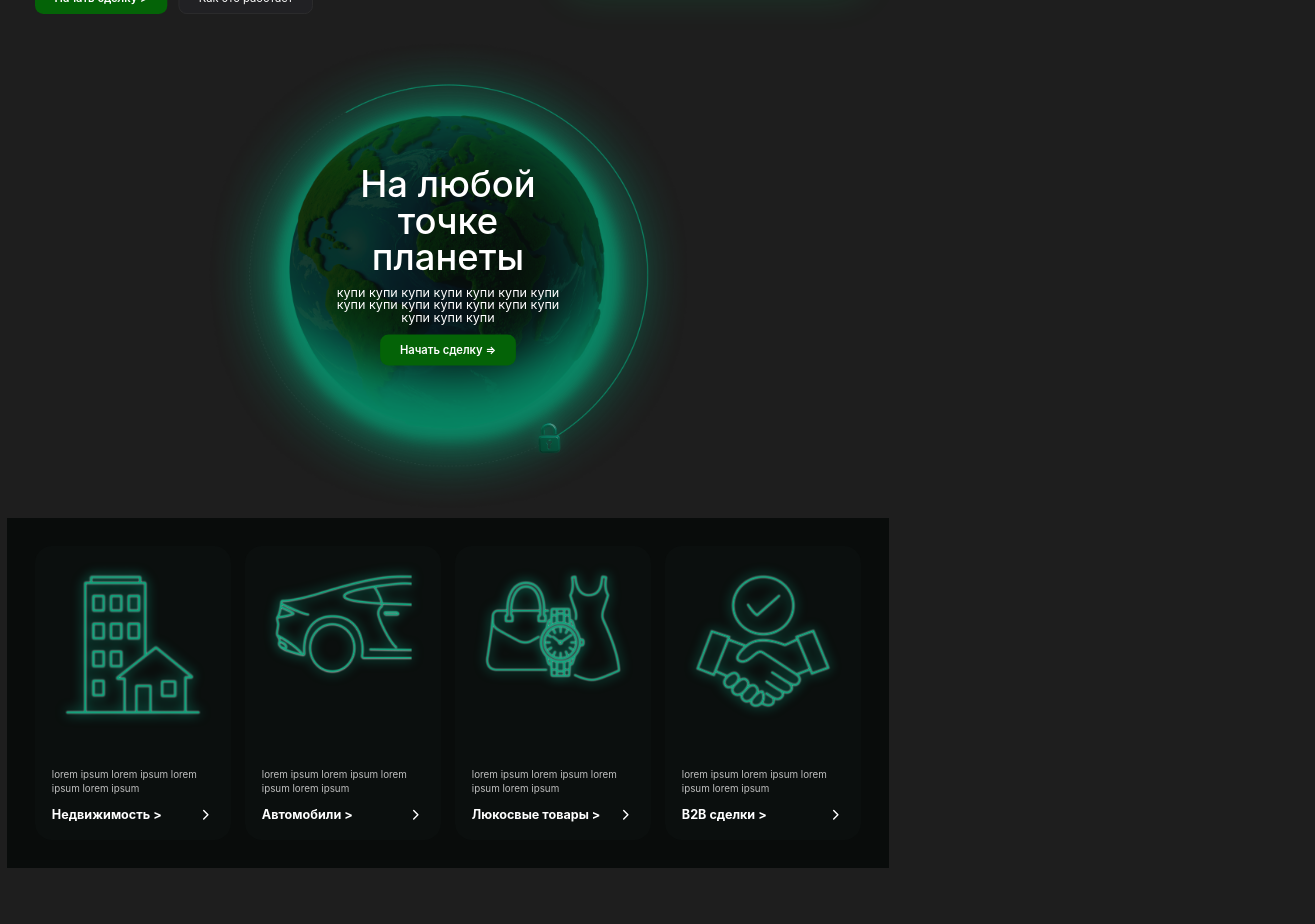
Repository: 1mpuryyyyy/x-port
Page: /x-port/
These files come from the project's save history. The page is drawn as it stood at one moment and after the next save; the edit follows.
The browser window is 1280 px wide. The page is 1879 px wide, so the pictures cover 1879 px, including what lies to the right of the window. The pictures show the part of the page from y = 2590 to 3910 px (the page is 3910 px tall), at 70% of full size.
The project was rebuilt for these pictures with package versions that can differ from the ones it lists, and the page was loaded fresh each time. Also part of the build but not shown: vite.config.js.

Above is the page before, as saved 2025-10-09 03:17:41.

### index.html
<!doctype html>
<html lang="en">

<head>
    <meta charset="UTF-8" />
    <link rel="icon" type="image/svg+xml" href="/logo.svg" />
    <meta name="viewport" content="width=device-width, initial-scale=1.0" />
    <title>XPORT</title>
</head>

<body>
    <div id="root"></div>
    <script type="module" src="/src/main.jsx"></script>
</body>

</html>

### src/index.css
:root {
    --display: #1E1E1E;
    --grey: #212124;
    --green: #046307;
    --bg-card: #303430;
    --gold: #D79A19;
    --blue: #1735B1;
    --emerald: #00C36D;
    --light-green: #0AFF9D;
    --white: #ffff;
    --transparent: rgba(255, 255, 255, 0.15);
    --light-grey: #404040;
}

* {
    margin: 0;
    padding: 0;
    box-sizing: border-box;
    text-decoration: none;
    border: none;
    font-size: 100%;
    font: inherit;
    font-family: "Helvetica Neue", Helvetica, Arial, sans-serif;
    color: var(--white)
}

::-webkit-scrollbar {
    width: 8px;
}

::-webkit-scrollbar-track {
    background: transparent;
}

::-webkit-scrollbar-thumb {
    background-color: var(--transparent);
    backdrop-filter: blur(10px) saturate(180%);
    -webkit-backdrop-filter: blur(10px) saturate(180%);
    border-radius: 6px;
    border: 1px solid rgba(255, 255, 255, 0.1);
}

::-webkit-scrollbar-thumb:hover {
    background-color: rgba(255, 255, 255, 0.1);
    backdrop-filter: blur(12px) saturate(200%);
    -webkit-backdrop-filter: blur(12px) saturate(200%);
}

ol,
ul {
    list-style: none;
}

blockquote,
q {
    quotes: none;
}

table {
    border-collapse: collapse;
    border-spacing: 0;
}

button {
    border: none;
    cursor: pointer;
    border-radius: 20px;
    background-color: var(--grey);
    border: 1px solid;
    border-color: var(--light-grey);
    padding: 14px 28px;
    color: white;
    font-weight: 300;
    display: flex;
    align-items: center;
    justify-content: center;
    transition: 0.3s ease;
}

body {
    background-color: var(--display);
    min-height: 100vh;
    line-height: 1;
}

### src/App.jsx
import { Provider } from "react-redux";
import { RouterProvider, createBrowserRouter } from "react-router-dom";
import "./App.css";
import { MainPage } from "./components/MainPage/MainPage.jsx";
import Layout from "./components/Layout.jsx";

const router = createBrowserRouter(
    [
        {
            path: "/",
            element: <Layout />,
            children: [
                {
                    path: "",
                    element: <MainPage />,
                },
            ],
        },
    ],
    {
        basename: '/x-port',
    }
);


function App() {
    return (
        <>
            {/* <Provider store={store}> */}
            <RouterProvider router={router}></RouterProvider>
            {/* </Provider> */}
        </>
    );
}

export default App;

### src/App.css
:root {
    --display: #1E1E1E;
    --green: #046307;
    --bg-card: #303430;
    --gold: #D79A19;
    --blue: #1735B1;
    --emerald: #00C36D;
    --light-green: #0AFF9D;
    --white: #ffff;
}

* {
    display: block;
    margin: 0;
    padding: 0;
    box-sizing: border-box;
    text-decoration: none;
    border: none;
    font-size: 100%;
    font: inherit;
}

body {
    line-height: 1;
}

ol,
ul {
    list-style: none;
}

blockquote,
q {
    quotes: none;
}

blockquote:before,
blockquote:after,
q:before,
q:after {
    content: '';
    content: none;
}

table {
    border-collapse: collapse;
    border-spacing: 0;
}

### src/components/MainPage/MainPage.jsx
import style from './MainPage.module.css';
import planet from "../../assets/planet.png";
import house from "../../assets/house.png";
import car from "../../assets/car.png";
import CardItem from "../CardItem/CardItem";
import lux from "../../assets/lux.png";
import b2b from "../../assets/b2b.png";

export const MainPage = () => {
    return (
        <section>
            <div className={style.header}>
                <div className={style.header__left}>
                    <div className={style.header__left__benchmark}>
                        <span>🔒 SSL-защита</span>
                        <span>·</span>
                        <span>Юридическая оферта</span>
                        <span>·</span>
                        <span>5+ лет опыта</span>
                    </div>

                    <h1 className={style.header__left__title}>Ваши сделки под защитой. <span>Гарант</span>, которому доверяют</h1>
                    <p className={style.header__left__description}>XPORT Escrow фиксирует средства и переведёт их продавцу только после вашего подтверждения получения товара или услуги. Подходит для авто, криптовалют и предметов люкса</p>
                    <div className={style.header__left__buttons}>
                        <button className={style.greenButton}>Начать сделку {">"} </button>
                        <button>Как это работает </button>
                    </div>
                </div>
                <div className={style.header__right}>
                    <div className={style.digits}>
                        <div className={style.digits__item}>
                            <p className={style.digits__item__title}>Проведено сделок</p>
                            <h1>1 250+</h1>
                        </div>
                        <div className={style.digits__item}>
                            <p className={style.digits__item__title}>Средний чек</p>
                            <h1>$18 400</h1>
                        </div>
                        <div className={style.digits__item}>
                            <p className={style.digits__item__title}>Споры решены</p>
                            <h1>100%</h1>
                        </div>
                        <div className={style.digits__item}>
                            <p className={style.digits__item__title}>Поддержка</p>
                            <h1>24/7</h1>
                        </div>
                    </div>
                    <div className={style.calculator}>
                        <h1>Быстрый старт сделки</h1>
                        <div className={style.calculator__inputs}>
                            <div className={style.calculator__input}>
                                <label htmlFor="amount">Сумма сделки</label>
                                <input type="text" id="amount" placeholder="25 000 $" />
                            </div>
                            <div className={style.calculator__input}>
                                <label htmlFor="direction">Направление</label>
                                <input type="text" id="direction" placeholder="Недвижимость" />
                            </div>
                        </div>
                        <div>
                            <button>Рассчитать комиссию</button>
                        </div>
                    </div>
                </div>
            </div>
            <div className={style.planet}>
                <img
                    src={planet}
                    alt="planet background"
                    className={style.planet__bg}
                />
                <div className={style.planet__container}>
                    <h1>На любой точке планеты</h1>
                    <p>купи купи купи купи купи купи купи купи купи купи купи купи купи купи купи купи купи</p>
                    <div>
                        <button className={style.greenButton}>Начать сделку ={">"}</button>
                    </div>
                </div>
            </div>
            <div style={{ display: "flex", gap: "20px", background: "#090C0B", padding: "40px" }}>
                <CardItem
                    imageUrl={house}
                    title="Недвижимость >"
                    description="lorem ipsum lorem ipsum lorem ipsum lorem ipsum"
                    link="#"
                />
                <CardItem
                    imageUrl={car}
                    title="Автомобили >"
                    description="lorem ipsum lorem ipsum lorem ipsum lorem ipsum"
                    link="#"
                />
                <CardItem
                    imageUrl={lux}
                    title="Люкосвые товары >"
                    description="lorem ipsum lorem ipsum lorem ipsum lorem ipsum"
                    link="#"
                />
                <CardItem
                    imageUrl={b2b}
                    title="B2B сделки >"
                    description="lorem ipsum lorem ipsum lorem ipsum lorem ipsum"
                    link="#"
                />
            </div>

        </section>
    );
}

### src/components/Layout.jsx
// import { useSelector } from "react-redux";
import { Navigate, Outlet } from "react-router-dom";
import Navbar from "./Navbar/Navbar.jsx";;

export default function Layout() {
    // const isAuthenticated = useSelector(state => state.auth.isAuthenticated);
    return (
        <div>
            {/* {!isAuthenticated && <Navigate to={"/"} />} */}
            <Navbar />
            <Outlet />
        </div>
    );
}

### src/components/MainPage/MainPage.module.css
section {
    color: #ffffff;
    padding: 80px 50px;
    min-height: 100vh;
    display: flex;
    align-items: center;
    justify-content: center;
    font-family: 'Inter', sans-serif;
    flex-direction: column;
}

/* Общий контейнер */
.header {
    display: flex;
    justify-content: space-between;
    align-items: flex-start;
    gap: 80px;
    width: 100%;
    max-width: 1400px;
}

/* Левая часть */
.header__left {
    flex: 1;
    display: flex;
    flex-direction: column;
    gap: 30px;
}

.header__left__benchmark {
    background-color: #303430;
    border: 1px solid #046307;
    color: #0AFF9D;
    border-radius: 999px;
    display: inline-flex;
    align-items: center;
    gap: 8px;
    padding: 8px 16px;
    font-size: 14px;
    font-weight: 500;
    width: fit-content;
}

.header__left__benchmark span {
    color: #0AFF9D;
}

.header__left__title {
    font-size: 52px;
    font-weight: 700;
    line-height: 1.2;
    max-width: 640px;
}

.header__left__title span {
    color: #18ff90;
}

.header__left__description {
    font-size: 18px;
    color: #c8c8c8;
    max-width: 640px;
    line-height: 1.6;
}

.header__left__buttons {
    display: flex;
    gap: 16px;
    margin-top: 12px;
}

.greenButton {
    background-color: var(--green);
    color: var(--white);
    font-weight: 600;
    padding: 14px 28px;
    border: none;
    border-radius: 12px;
    cursor: pointer;
    transition: all 0.3s ease;
}

.greenButton:hover {
    background-color: var(--emerald);
    color: var(--black);
}

.header__left__buttons button:last-child {
    background-color: var(--grey);
    color: #fff;
    font-weight: 400;
    border: 1px solid #333;
    padding: 14px 28px;
    border-radius: 12px;
    cursor: pointer;
    transition: all 0.3s ease;
}

.header__left__buttons button:last-child:hover {
    background-color: #22222200;
}

/* Правая часть */
.header__right {
    flex: 1;
    background: linear-gradient(145deg, #111 0%, #0b0b0b 100%);

    padding: 32px;
    border-radius: 20px;
    display: flex;
    flex-direction: column;
    gap: 24px;
    box-shadow: 0 0 60px rgba(0, 255, 130, 0.15);
    max-width: 420px;
}

/* Цифры */
.digits {
    display: grid;
    grid-template-columns: 1fr 1fr;
    gap: 16px;
}

.digits__item {
    background-color: #1a1a1a;
    border-radius: 12px;
    padding: 16px 20px;
    text-align: left;
}

.digits__item__title {
    font-size: 14px;
    color: #a0a0a0;
    margin-bottom: 8px;
}

.digits__item h1 {
    font-size: 24px;
    font-weight: 700;
}

/* Калькулятор */
.calculator {
    background-color: #1a1a1a;
    border-radius: 16px;
    padding: 20px;
    display: flex;
    flex-direction: column;
    gap: 16px;
}

.calculator__inputs {
    display: flex;
    gap: 10px;
}

.calculator h1 {
    font-size: 20px;
    font-weight: 600;
    margin-bottom: 8px;
}

.calculator label {
    font-size: 13px;
    color: var(--white);
    margin-bottom: 4px;
    font-weight: 300;
}

.calculator__input {
    gap: 5px;
    display: flex;
    flex-direction: column;
}

.calculator input {
    background-color: transparent;
    border: 1px solid #2a2a2a;
    border-radius: 10px;
    color: var(--white);
    padding: 14px 18px;
    font-size: 13px;
    width: 100%;
    margin-bottom: 12px;
    outline: none;
}

.calculator input::placeholder {
    color: #404040;
}

.calculator button {
    background-color: var(--green);
    color: var(--white);
    font-weight: 600;
    padding: 14px;
    border: none;
    border-radius: 10px;
    cursor: pointer;
    transition: all 0.5s ease;
}

.calculator button:hover {
    background-color: var(--emerald);
    color: black;
}

@keyframes fadeUp {
    from {
        opacity: 0;
        transform: translateY(30px);
    }

    to {
        opacity: 1;
        transform: translateY(0);
    }
}

.header__left,
.header__right {
    opacity: 0;
    animation: fadeUp 0.8s ease forwards;
}

.header__right {
    animation-delay: 0.2s;
}

.planet {
    position: relative;
    min-height: 100vh;
    width: 100%;
    display: flex;
    justify-content: center;
    align-items: center;
    overflow: hidden;
}

.planet__bg {
    position: absolute;
    top: 0;
    left: 0;
    width: 100%;
    height: 100%;
    object-fit: contain;
    z-index: 0;
    opacity: 0.8;
}

.planet__container {
    position: relative;
    z-index: 2;
    text-align: center;
    color: white;
    width: 30%;
    display: flex;
    justify-content: center;
    flex-direction: column;
    gap: 15px;
}

.planet__container h1 {
    font-size: 52px;
    text-align: center;
    font-weight: 500;
}

.planet__container p {
    font-size: 18px;
    text-align: center;
    font-weight: 400;
}

.planet__container div {
    display: flex;
    justify-content: center;
}

### src/components/CardItem/CardItem.jsx
import styles from "./CardItem.module.css";
import { FiChevronRight } from "react-icons/fi";

const CardItem = ({ imageUrl, title, description, link }) => {
    return (
        <div className={styles.card}>
            <img src={imageUrl} alt={title} className={styles.cardImage} />
            <p className={styles.cardDescription}>{description}</p>
            <a href={link} className={styles.cardTitleWrapper}>
                <span className={styles.cardTitle}>{title}</span>
                <FiChevronRight className={styles.cardArrow} />
            </a>
        </div>
    );
};

export default CardItem;

### src/components/Navbar/Navbar.jsx
import { Link } from 'react-router-dom'
import style from './Navbar.module.css'
import logo from '../../assets/logo.svg'

export default function Navbar() {
    return (
        <nav className={style["navbar"]} id='navbar'>
            <div className={style.navbar__section}>
                <Link to="/" className={style.navbar__logo}>
                    <img src={logo} alt="Логотип" title='XPORT' />
                </Link>
                <p className={style.logo__title}>
                    XPORT
                </p>
            </div>
            <div className={`${style.navbar__section} ${style.main}`}>
                <Link to="/">
                    <p>О нас</p>
                </Link>
                <Link to="/">
                    <p>Направления</p>
                </Link>
                <Link to="/">
                    <p>Как это работает</p>
                </Link>
                <Link to="/">
                    <p>Кенты</p>
                </Link>
                <Link to="/">
                    <p>Контакты</p>
                </Link>
            </div>
            <div className={style.navbar__section}>
                <Link>
                    <button>Войти</button>
                </Link>
                <Link>
                    <button className={style.deal}>Начать сделку =)</button>
                </Link>
            </div>
        </nav >);
};

### src/components/CardItem/CardItem.module.css
.card {
    background-color: #0b0f0e;
    /* глубокий тёмный */
    border-radius: 24px;
    padding: 24px;
    width: 280px;
    height: 420px;
    display: flex;
    flex-direction: column;
    justify-content: flex-end;
    position: relative;
    overflow: hidden;
    transition: transform 0.3s ease, box-shadow 0.3s ease;
}

.card:hover {
    transform: translateY(-6px);
    box-shadow: 0 0 20px rgba(0, 255, 200, 0.2);
}

/* Иконка / картинка */
.cardImage {
    position: absolute;
    top: 40px;
    left: 50%;
    transform: translateX(-50%);
    width: 70%;
    height: auto;
    object-fit: contain;
    filter: drop-shadow(0 0 8px rgba(0, 255, 200, 0.6));
    pointer-events: none;
}

/* Описание */
.cardDescription {
    color: #bfbfbf;
    font-size: 14px;
    line-height: 1.4;
    margin-bottom: 16px;
    z-index: 2;
}

/* Заголовок с ссылкой */
.cardTitleWrapper {
    display: flex;
    align-items: center;
    justify-content: space-between;
    text-decoration: none;
    color: white;
    font-weight: 700;
    font-size: 18px;
    z-index: 2;
    transition: color 0.3s ease;
}

.cardTitleWrapper:hover {
    color: #00ffc3;
}

.cardArrow {
    font-size: 24px;
    transition: transform 0.3s ease;
}

.cardTitleWrapper:hover .cardArrow {
    transform: translateX(4px);
}

### src/components/Navbar/Navbar.module.css
.navbar {
    display: flex;
    position: inherit;
    width: 100%;
    height: fit-content;
    padding: 30px;
    justify-content: space-around;
}

.navbar__section {
    display: flex;
    gap: 10px;
    align-items: center;
}

.navbar__section.main {
    gap: 20px;
}

.deal {
    background-color: var(--green);
    font-weight: 400;
    backdrop-filter: blur(15px) saturate(180%);
    -webkit-backdrop-filter: blur(15px) saturate(180%);
    border: 1px solid rgba(255, 255, 255, 0.3);
    border-radius: 16px;
    padding: 16px 32px;
    color: white;
    font-size: 18px;
    font-weight: 500;
    position: relative;
    overflow: hidden;
    transition: all 0.3s ease;
    box-shadow:
        0 4px 6px -1px rgba(0, 0, 0, 0.1),
        0 2px 4px -1px rgba(0, 0, 0, 0.06),
        inset 0 1px 0 rgba(255, 255, 255, 0.1),
        inset 0 -1px 0 rgba(0, 0, 0, 0.1);
}

.deal::before {
    content: '';
    position: absolute;
    top: 0;
    left: -100%;
    width: 100%;
    height: 100%;
    background: linear-gradient(90deg,
            transparent,
            rgba(255, 255, 255, 0.1),
            transparent);
    transition: left 0.5s ease;
}

.deal:hover::before {
    left: 100%;
}

.deal:hover {
    border-color: rgba(255, 255, 255, 0.4);
    box-shadow:
        0 8px 15px -3px rgba(0, 0, 0, 0.2),
        0 4px 6px -2px rgba(0, 0, 0, 0.1),
        inset 0 1px 0 rgba(255, 255, 255, 0.2),
        inset 0 -1px 0 rgba(0, 0, 0, 0.1);
}

.navbar__logo {
    padding: 10px;
    position: relative;
    z-index: 1;
}

.navbar__logo::before {
    content: '';
    position: absolute;
    top: 50%;
    left: 50%;
    transform: translate(-50%, -50%);
    width: 130%;
    height: 130%;
    background: radial-gradient(circle at center,
            #06A177 0%,
            transparent 70%);
    border-radius: 50%;
    z-index: -1;
    filter: blur(10px);
    opacity: 0.7;
}

Loaded but not shown: src/main.jsx (common file)

After the next save:
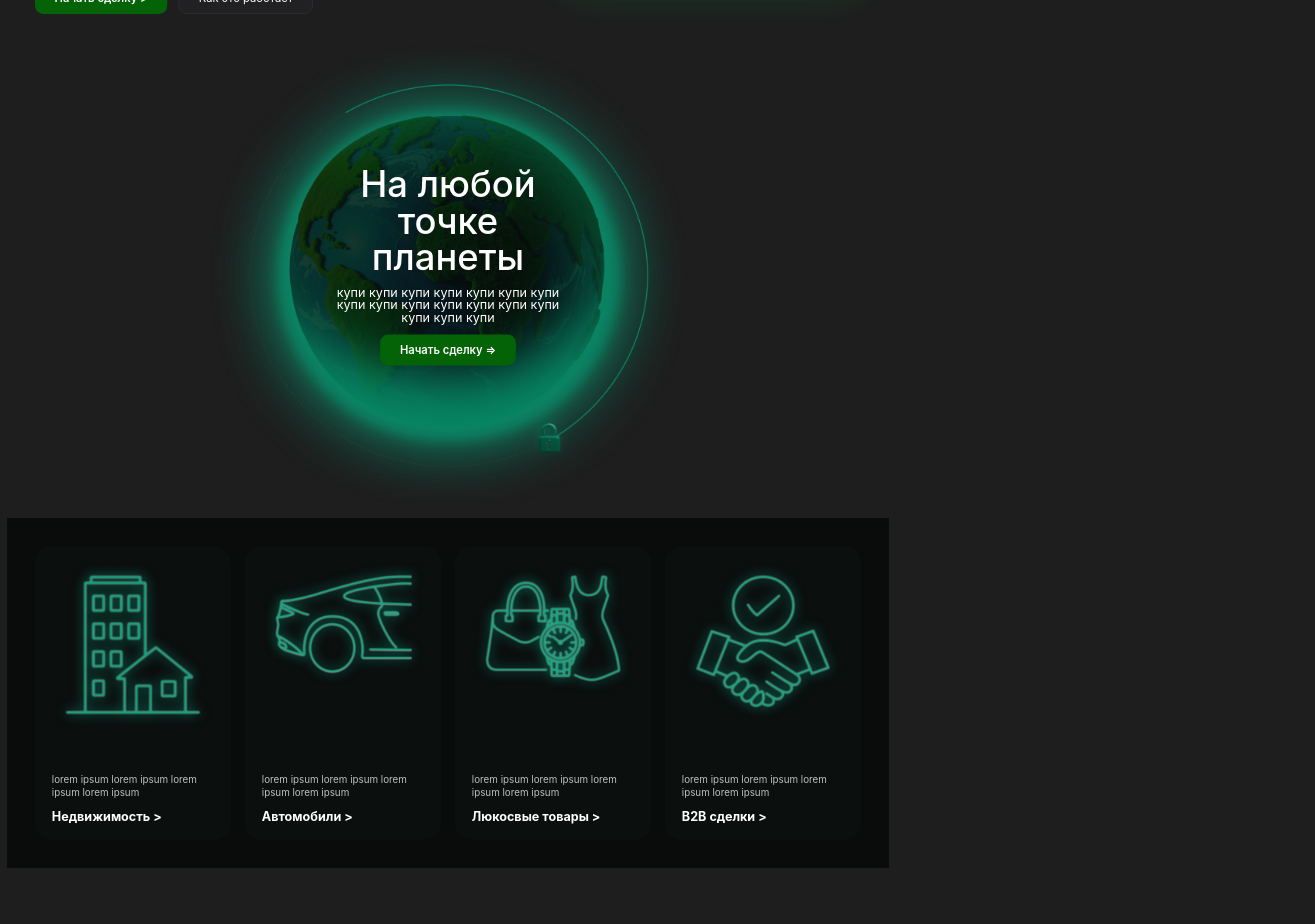
Saved 5 s later.
--- a/src/components/CardItem/CardItem.jsx
+++ b/src/components/CardItem/CardItem.jsx
@@ -8,7 +8,6 @@ const CardItem = ({ imageUrl, title, description, link }) => {
             <p className={styles.cardDescription}>{description}</p>
             <a href={link} className={styles.cardTitleWrapper}>
                 <span className={styles.cardTitle}>{title}</span>
-                <FiChevronRight className={styles.cardArrow} />
             </a>
         </div>
     );
